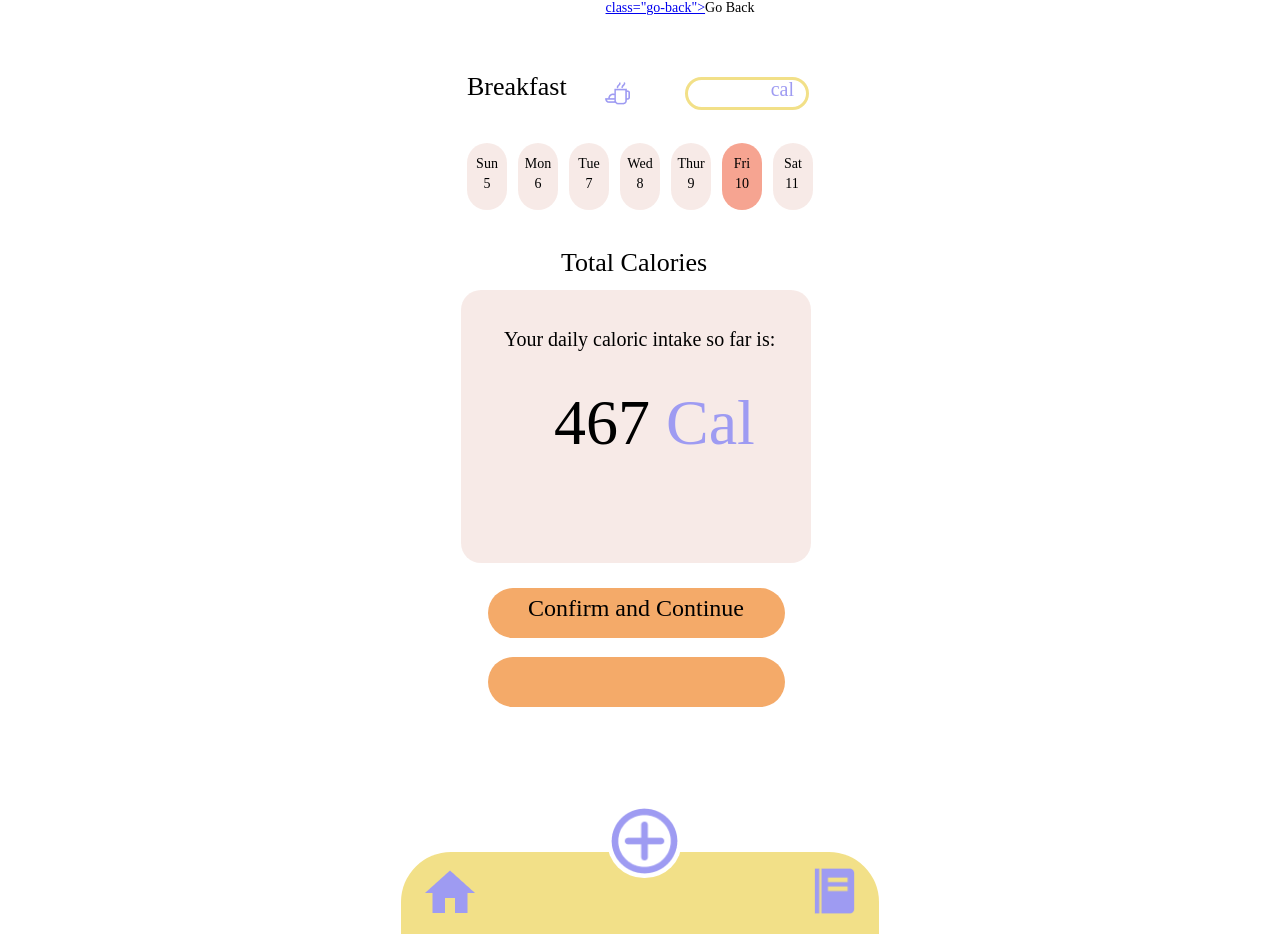
Repository: MeowCeline00/G5-Calorie-Tracker
Page: BreakfastCalCounter/index.html
The author's editor kept a copy of each file at every save. The page is drawn from the files as they stood at one save, then again after a run of saves.
The browser window is 1280 px wide. The pictures show the whole page.

Above is the page before, as saved 2024-05-26 06:06:48.

### BreakfastCalCounter/index.html
<!DOCTYPE html>
<html>
<head>
  	<meta charset="utf-8">
  	<meta name="viewport" content="initial-scale=1, width=device-width">

  	<link rel="stylesheet" href="./global.css" />
  	<link rel="stylesheet"  href="./index.css" />

</head>
<body>
	<div class="pageContainer">
		<div class="pageInnerContainer">
			<!-- <div class="add-page-container"> -->
  	<div class="add-page">
    		<div class="add-page-child">
    		</div>
    		<div class="add-page-item">
    		</div>
    		<div class="add-page-inner">
    		</div>
    		<div class="rectangle-div">
    		</div>
    		<div class="add-page-child1">
    		</div>
    		<div class="add-page-child2">
    		</div>
    		<div class="add-page-child3">
    		</div>
    		<div class="add-page-child4">
    		</div>

    		<div class="total-calories">Total Calories</div>
    		<div class="breakfast">Breakfast</div>
    		<div class="div">5</div>
    		<div class="sun">Sun</div>
    		<div class="mon">Mon</div>
    		<div class="tue">Tue</div>
    		<div class="wed">Wed</div>
    		<div class="thur">Thur</div>
    		<div class="fri">Fri</div>
    		<div class="sat">Sat</div>
    		<div class="div1">6</div>
    		<div class="div2">7</div>
    		<div class="div3">8</div>
    		<div class="div4">9</div>
    		<div class="div5">10</div>
    		<div class="div6">11</div>
    		<div class="add-page-child5">
    		</div>
    		<div class="add-page-child6">
    		</div>
    		<div class="confirm-and-continue">Confirm and Continue</div>
    		<div><a href="/breakfastAddPage/index.html"> class="go-back"></a>Go Back</div>
    		<div class="add-page-child7">
    		</div>
    		<div class="cal">cal</div>
    		<img class="fluent-mdl2breakfast-icon" alt="breakfast" src="/Images/fluent-mdl2_breakfast.png">

    		<div class="add-page-child8">
    		</div>
    		<div class="your-daily-caloric">Your daily caloric intake so far is:</div>
    		<div class="cal1">
      			<span>467</span>
      			<span class="cal2">Cal</span>
			</div>
			</div>

	  <div class="navBarContainer">
		<div class="navBar">
		<a href="/index.html"><img class="image1" src="/Images/Vector.png"></a>
		<a href="/index.html"><img class="image02"src="/Images/vector02.png"></a>
		<a href="/index.html"><img class="image03" src="/Images/Vector1.png"></a>
		</div>
	</div>
</div>
</div>
<script src="/scripts/navbar.js"></script>
</body>
</html>

### BreakfastCalCounter/global.css

body {
    margin: 0;
    line-height: normal;
}


:root {

    --body-20-medium: Catamaran;
    --heading-26-regular: Saira;

    --body-20-medium-size: 20px;
    --body-24-regular-size: 24px;
    --font-size-sm: 14px;
    --heading-26-regular-size: 26px;

    --color-cornflowerblue: #9e9bf2;
    --color-black: #000;
    --lighter-nav-bar: rgba(247, 232, 229, 0.9);
    --yellow: #f2e088;
    --color-sandybrown: rgba(242, 149, 68, 0.8);

    --br-xl: 20px;
    --br-17xl: 36px;

}

### BreakfastCalCounter/index.css
.add-page-child {
    position: absolute;
    top: 582px;
    left: 0px;
    width: 393px;
    height: 55px;
}
.add-page-item {
    position: absolute;
    top: 143px;
    left: 26px;
    border-radius: var(--br-xl);
    background-color: var(--lighter-nav-bar);
    width: 40px;
    height: 67px;
}
.add-page-inner {
    position: absolute;
    top: 143px;
    left: 77px;
    border-radius: var(--br-xl);
    background-color: var(--lighter-nav-bar);
    width: 40px;
    height: 67px;
}
.rectangle-div {
    position: absolute;
    top: 143px;
    left: 128px;
    border-radius: var(--br-xl);
    background-color: var(--lighter-nav-bar);
    width: 40px;
    height: 67px;
}
.add-page-child1 {
    position: absolute;
    top: 143px;
    left: 179px;
    border-radius: var(--br-xl);
    background-color: var(--lighter-nav-bar);
    width: 40px;
    height: 67px;
}
.add-page-child2 {
    position: absolute;
    top: 143px;
    left: 230px;
    border-radius: var(--br-xl);
    background-color: var(--lighter-nav-bar);
    width: 40px;
    height: 67px;
}
.add-page-child3 {
    position: absolute;
    top: 143px;
    left: 281px;
    border-radius: var(--br-xl);
    background-color: rgba(242, 126, 99, 0.7);
    width: 40px;
    height: 67px;
}
.add-page-child4 {
    position: absolute;
    top: 143px;
    left: 332px;
    border-radius: var(--br-xl);
    background-color: var(--lighter-nav-bar);
    width: 40px;
    height: 67px;
}
.nav-bar-icon {
    position: absolute;
    top: 726px;
    left: 0px;
    width: 393px;
    height: 126px;
}
.total-calories {
    position: absolute;
    top: 248px;
    left: 120px;
    font-size: var(--heading-26-regular-size);
    font-weight: 500;
    font-family: var(--heading-26-regular);
    text-align: left;
    display: inline-block;
    width: 163px;
    height: 42px;
}
.breakfast {
    position: absolute;
    top: 72px;
    left: 26px;
    font-size: var(--heading-26-regular-size);
    font-weight: 500;
    font-family: var(--heading-26-regular);
    text-align: left;
    display: inline-block;
    width: 130px;
    height: 42px;
}
.div {
    position: absolute;
    top: 176px;
    left: 26px;
    display: inline-block;
    width: 40px;
    height: 42px;
}
.sun {
    position: absolute;
    top: 156px;
    left: 26px;
    display: inline-block;
    width: 40px;
    height: 20px;
}
.mon {
    position: absolute;
    top: 156px;
    left: 77px;
    display: inline-block;
    width: 40px;
    height: 20px;
}
.tue {
    position: absolute;
    top: 156px;
    left: 128px;
    display: inline-block;
    width: 40px;
    height: 20px;
}
.wed {
    position: absolute;
    top: 156px;
    left: 179px;
    display: inline-block;
    width: 40px;
    height: 20px;
}
.thur {
    position: absolute;
    top: 156px;
    left: 230px;
    display: inline-block;
    width: 40px;
    height: 20px;
}
.fri {
    position: absolute;
    top: 156px;
    left: 281px;
    display: inline-block;
    width: 40px;
    height: 20px;
}
.sat {
    position: absolute;
    top: 156px;
    left: 332px;
    display: inline-block;
    width: 40px;
    height: 20px;
}
.div1 {
    position: absolute;
    top: 176px;
    left: 77px;
    display: inline-block;
    width: 40px;
    height: 42px;
}
.div2 {
    position: absolute;
    top: 176px;
    left: 128px;
    display: inline-block;
    width: 40px;
    height: 42px;
}
.div3 {
    position: absolute;
    top: 176px;
    left: 179px;
    display: inline-block;
    width: 40px;
    height: 42px;
}
.div4 {
    position: absolute;
    top: 176px;
    left: 230px;
    display: inline-block;
    width: 40px;
    height: 42px;
}
.div5 {
    position: absolute;
    top: 176px;
    left: 281px;
    display: inline-block;
    width: 40px;
    height: 42px;
}
.div6 {
    position: absolute;
    top: 176px;
    left: 332px;
    display: inline-block;
    width: 38px;
    height: 42px;
}
.add-page-child5 {
    position: absolute;
    top: 588px;
    left: 47px;
    border-radius: var(--br-17xl);
    background-color: var(--color-sandybrown);
    width: 297px;
    height: 50px;
}
.add-page-child6 {
    position: absolute;
    top: 657px;
    left: 47px;
    border-radius: var(--br-17xl);
    background-color: var(--color-sandybrown);
    width: 297px;
    height: 50px;
}
.confirm-and-continue {
    position: absolute;
    top: 595px;
    left: 80px;
    font-size: var(--body-24-regular-size);
    display: inline-block;
    width: 230px;
    height: 42px;
}
.go-back {
    position: absolute;
    top: 664px;
    left: 80px;
    font-size: var(--body-24-regular-size);
    display: inline-block;
    width: 230px;
    height: 42px;
    cursor: pointer;
    text-decoration: none;
}
.add-page-child7 {
    position: absolute;
    top: 77px;
    left: 244px;
    border-radius: var(--br-xl);
    background-color: #fff;
    border: 3px solid var(--yellow);
    box-sizing: border-box;
    width: 124px;
    height: 33px;
}
.cal {
    position: absolute;
    top: 78px;
    left: 313px;
    font-size: var(--body-20-medium-size);
    font-weight: 500;
    color: var(--color-cornflowerblue);
    text-align: right;
    display: inline-block;
    width: 40px;
    height: 23px;
}
.fluent-mdl2breakfast-icon {
    position: absolute;
    top: 81px;
    left: 164px;
    width: 25px;
    height: 25px;
}
.add-page-child8 {
    position: absolute;
    top: 290px;
    left: 20px;
    border-radius: var(--br-xl);
    background-color: var(--lighter-nav-bar);
    width: 350px;
    height: 273px;
}
.your-daily-caloric {
    position: absolute;
    top: 328px;
    left: 63px;
    font-size: var(--body-20-medium-size);
}
.cal2 {
    color: var(--color-cornflowerblue);
}
.cal1 {
    position: absolute;
    top: 386px;
    left: 113px;
    font-size: 64px;
    text-align: right;
}
.add-page {
    width: 100%;
    position: relative;
    background-color: rgba(255, 255, 255, 0.92);
    height: 852px;
    overflow: hidden;
    text-align: center;
    font-size: var(--font-size-sm);
    color: var(--color-black);
    font-family: var(--body-20-medium);
    left: 40px;
}


.navBar {
    background-color: #F2E088;
    width: 430px;
    height: 50px;
    display: flex;
    flex-direction: row;
    justify-content: space-between;
    align-items: center;
    padding-left: 1.5em;
    padding-right: 1.5em;
    padding-top: 1em;
    padding-bottom: 1em;
    border-top-left-radius: 50px;
    border-top-right-radius: 50px;
}

.image1 {
    width: 50px;
    height: 42.5;
}
.image02 {
    position: relative;
    width: 66.67px;
    height: 66.67px;
    background-color: #fff;
    padding:0.25em ;
    border-radius: 360px;
    top: -50px;
}

.image03 {
    width: 41.25px;
    height: 45.58;
}

.navBar a {
    padding: 0em;
    margin: 0em;
}

.pageContainer {
    display: flex;

    flex-direction: column;
    align-items: center;


}
.pageInnerContainer {
    display: flex;
    flex-direction: column;
    align-items: center;
    justify-content: center;

}

.add-page-container {
    display: flex;
    justify-content: center;
    flex-direction: column;
}

### scripts/navbar.js
function renderNavbar() {
    return `
      <div class="navContainer">
        <nav class="navbar">
          <div class="navItem" onclick="navigateTo('home')">
            <img src="./images/home_icon.svg" alt="Home" width="60" height="60" />
          </div>
          <div class="addButtonContainer">
            <div class="addnewButton" onclick="navigateTo('addNew')">
              <img src="./images/add_icon.svg" alt="Add" width="80" height="80" />
            </div>
          </div>
          <div class="navItem" onclick="navigateTo('recipes')">
            <img src="./images/recipes_icon.svg" alt="Recipes" width="55" height="55" />
          </div>
        </nav>
      </div>
    `;
}

After the next 2 saves:
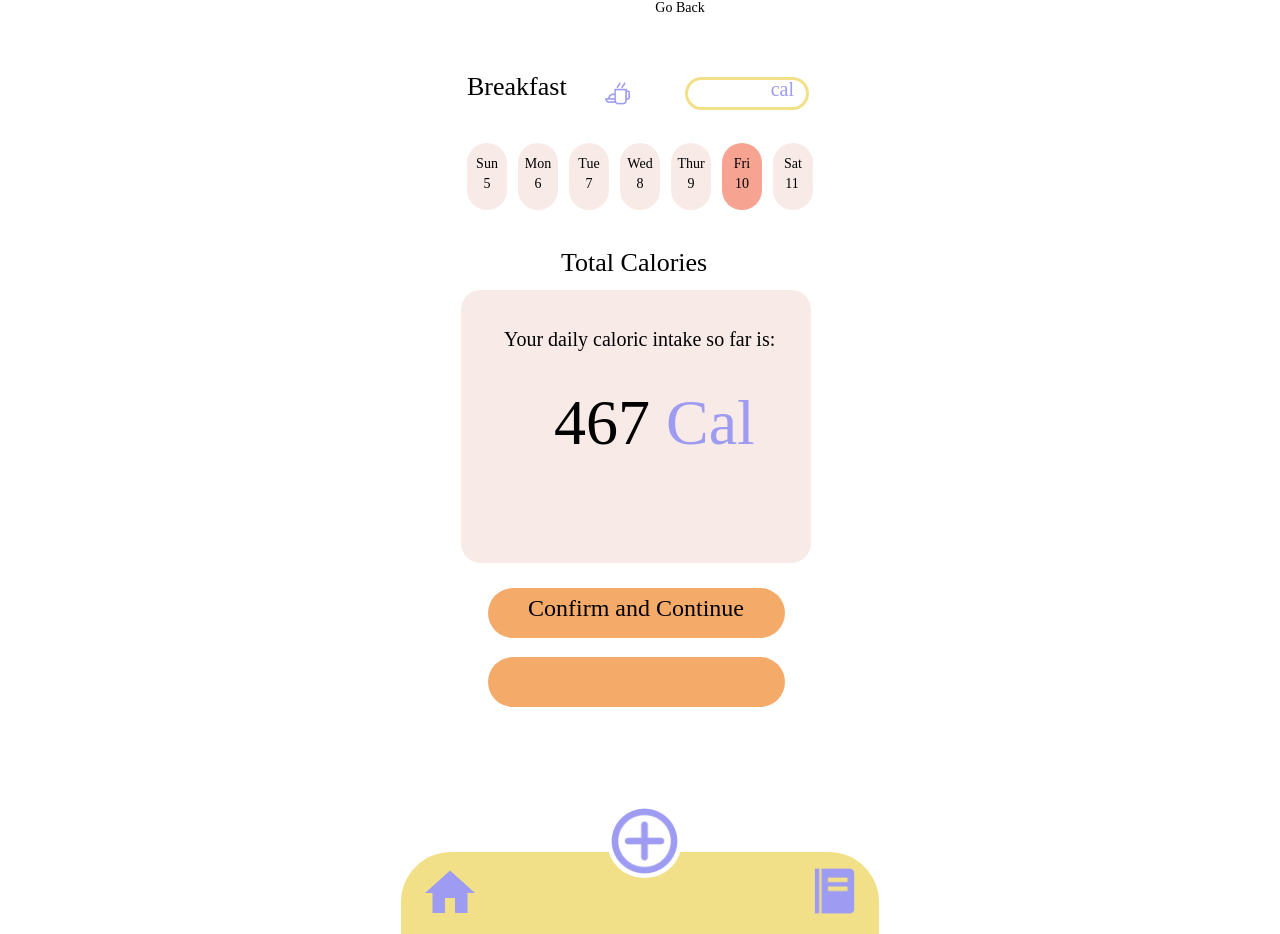
The 2 saves are shown as one change because they came seconds apart.
The last was saved 8 s later.
--- a/BreakfastCalCounter/index.html
+++ b/BreakfastCalCounter/index.html
@@ -51,7 +51,7 @@
     		<div class="add-page-child6">
     		</div>
     		<div class="confirm-and-continue">Confirm and Continue</div>
-    		<div><a href="/breakfastAddPage/index.html"> class="go-back"></a>Go Back</div>
+    		<div><a href="/breakfastAddPage/index.html" class="go-back"></a>Go Back</div>
     		<div class="add-page-child7">
     		</div>
     		<div class="cal">cal</div>
